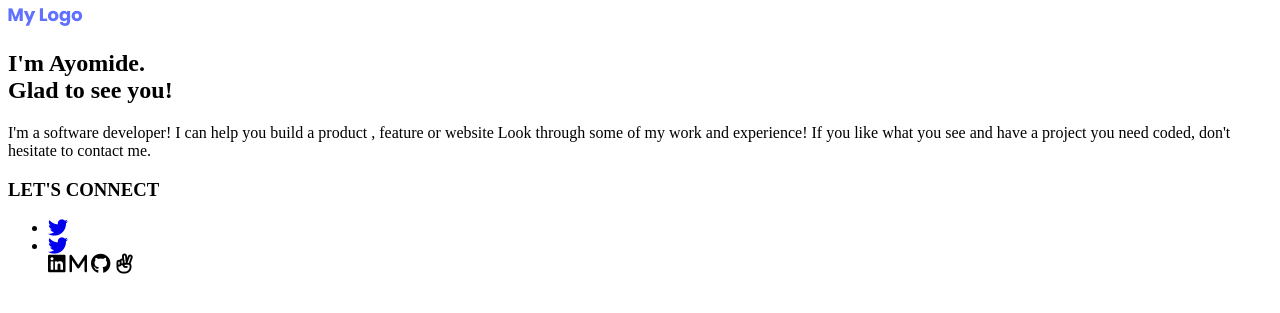
Repository: Paulinelali/microverse-personal-portfolio
Page: index.html
These files come from the project's save history. The page is drawn as it stood at one moment and after the next save; the edit follows.
The browser window is 1280 px wide. The pictures show the whole page.
Some web libraries are served in a nearby version.

Above is the page before, as saved 2023-04-28 00:53:18.

After the next save:
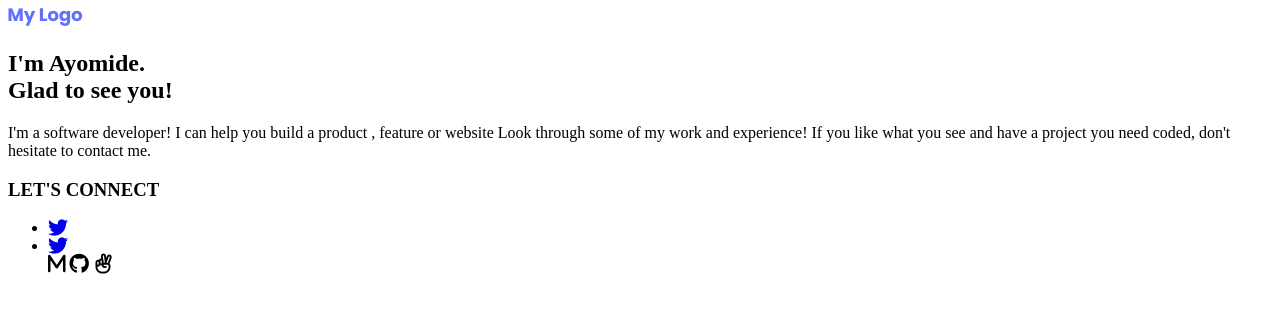
Saved 10 s later.
--- a/index.html
+++ b/index.html
@@ -38,7 +38,7 @@
                 <ul class="social-icons">
                     <li><a href="#"><i class="fa-brands fa-twitter fa-lg"></i></a></li>
                     <li><a href="#"><i class="fa-brands fa-twitter fa-lg"></i></a></li>
-                    <i class="fa-brands fa-linkedin fa-lg"></i>
+
                     <i class="fa-solid fa-m fa-lg"></i>
                     <i class="fa-brands fa-github fa-lg"></i>
                     <i class="fa-regular fa-hand-peace fa-flip-horizontal fa-lg"></i>
